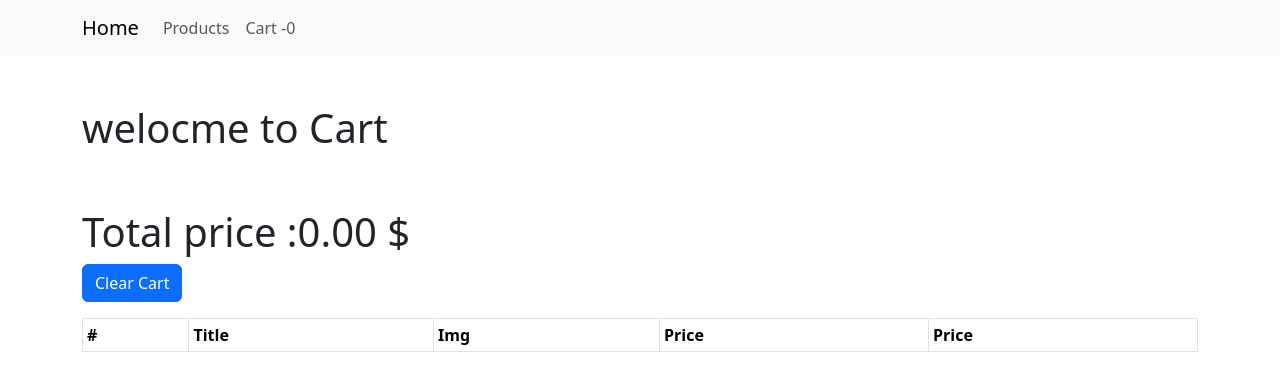
Repository: abdulrahmanmahmood/Basic-Cart-App-Using-Redux-Toolkit
Page: /cart
These files come from the project's save history. The page is drawn as it stood at one moment and after the next save; the edit follows.
The browser window is 1280 px wide. The pictures show the whole page.
The project was rebuilt for these pictures with package versions that can differ from the ones it lists, and the page was loaded fresh each time. Also part of the build but not shown: src/App.css, src/components/Produc.js, src/App.js.

Above is the page before, as saved 2023-09-28 22:28:13.

After the next save:
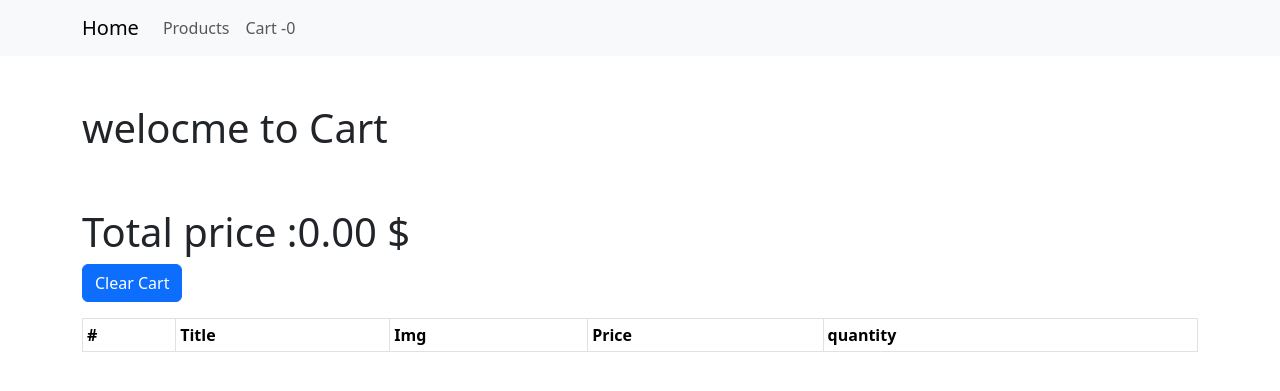
Saved 4 s later.
--- a/src/components/Cart.js
+++ b/src/components/Cart.js
@@ -25,7 +25,7 @@ useEffect(()=>{
           <th>Title</th>
           <th>Img</th>
           <th>Price</th>
-          <th>Price</th>
+          <th>quantity</th>
         </tr>
       </thead>
       <tbody>
